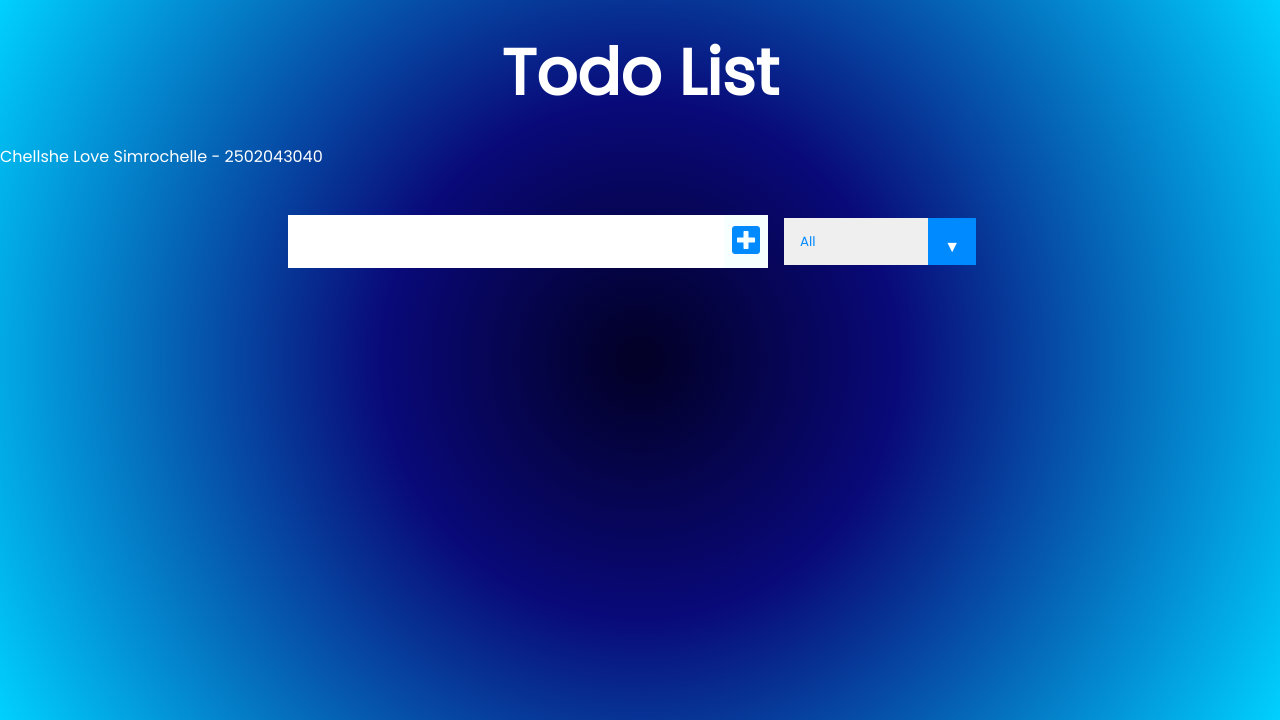
Repository: chellshelove/WADS_Assignment_TodoApp
Page: /
The author's editor kept a copy of each file at every save. The page is drawn from the files as they stood at one save, then again after the next save.
The browser window is 1280 px wide. The pictures show the whole page.
Some web libraries are served in a nearby version. The project was rebuilt for these pictures with package versions that can differ from the ones it lists, and the page was loaded fresh each time. Also part of the build but not shown: src/components/Todo.js.

Above is the page before, as saved 2023-03-09 23:45:32.

### src/App.js
import React, {useState, useEffect} from 'react';
import './App.css';
//importing components
import Form from './components/Form';
import TodoList from './components/TodoList';

function App() {
  const [inputText, setInputText] = useState("");
  const [todos, setTodos] = useState([]);
  const [status, setStatus] = useState("all");
  const [filteredTodos, setFilteredTodos] = useState([]);


  useEffect(() => {
    filterHandler();
    saveLocalTodos();
  }, [todos, status]);

  const filterHandler = () => {
    switch(status){
      case 'completed' :
        setFilteredTodos(todos.filter(todo => todo.completed === true));
        break;
        case 'uncompleted' :
          setFilteredTodos(todos.filter(todo => todo.completed === false));
          break;
          default:
            setFilteredTodos(todos);
            break;
    }
  };

  const saveLocalTodos = () => {
      localStorage.setItem("todos", JSON.stringify("todos"));
  };

  return (
    <div className="todo-app">
      <header>
        <h1>Todo List</h1>
      </header>
      <p>Chellshe Love Simrochelle - 2502043040</p>
      <Form
      inputText={inputText}
      todos={todos}
      setTodos={setTodos}
      setInputText={setInputText}
      setStatus={setStatus}/>
      <TodoList  filteredTodos={filteredTodos} setTodos={setTodos} todos={todos}/>
    </div>
  );
}

export default App;

### src/App.css
* {
  margin: 0;
  padding: 0;
  box-sizing: border-box;
}
body {
  background-image: radial-gradient(circle, rgba(2,0,36,1) 0%, rgba(9,9,121,1) 35%, rgba(0,209,255,1) 100%);
  color: white;
  font-family: "Poppins", sans-serif;
  min-height: 100vh;
}
header {
  font-size: 2rem;
}

header,
form {
  min-height: 20vh;
  display: flex;
  justify-content: center;
  align-items: center;
}
form input,
form button {
  padding: 0.5rem;
  font-size: 2rem;
  border: none;
  background: white;
}
form button {
  color: #008aff;
  background: #f7fffe;
  cursor: pointer;
  transition: all 0.3s ease;
}
form button:hover {
  background: #00ddff;
  color: white;
}
.todo-container {
  display: flex;
  justify-content: center;
  align-items: center;
}

.todo-list {
  min-width: 30%;
  list-style: none;
}

.todo {
  margin: 0.5rem;
  background: white;
  font-size: 1.5rem;
  color: black;
  display: flex;
  justify-content: space-between;
  align-items: center;
  transition: all 1s ease;
}
.filter-todo {
  padding: 1rem;
}
.todo li {
  flex: 1;
}

.trash-btn,
.complete-btn {
  background: #008aff;
  color: black;
  border: none;
  padding: 1rem;
  cursor: pointer;
  font-size: 1rem;
}
.complete-btn {
  background: rgb(11, 212, 162);
}
.todo-item {
  padding: 0rem 0.5rem;
}

.fa-trash,
.fa-check {
  pointer-events: none;
}

.fall {
  transform: translateY(10rem) rotateZ(20deg);
  opacity: 0;
}

.completed {
  text-decoration: line-through;
  opacity: 0.5;
}

/*CUSTOM SELECTOR */
select {
  -webkit-appearance: none;
  -moz-appearance: none;
  -ms-appearance: none;
  appearance: none;
  outline: 0;
  box-shadow: none;
  border: 0 !important;
  background-image: none;
}

/* Custom Select */
.select {
  margin: 1rem;
  position: relative;
  overflow: hidden;
}
select {
  color: #008aff;
  font-family: "Poppins", sans-serif;
  cursor: pointer;
  width: 12rem;
}
/* Arrow */
.select::after {
  content: "\25BC";
  position: absolute;
  top: 0;
  right: 0;
  padding: 1rem;
  background: #008aff;
  cursor: pointer;
  pointer-events: none;
}
/* Transition */
/*
.select:hover::after {
  transform: scale(1.5);
}
*/

### src/components/Form.js
import React from 'react'

const Form = ({setInputText, todos, setTodos, inputText, setStatus}) => {
    const inputTextHandler = (e) => {
        setInputText(e.target.value);
    };
    const submitTodoHandler = (e) => {
        e.preventDefault();
        setTodos ([
            ...todos,
            {text: inputText, completed: false, id: Math.random() * 10000},
        ]);
        setInputText("");
    };
    const statusHandler = (e) => {
      setStatus(e.target.value);
    }
    return(
        <form>
      <input
      value = {inputText}
      onChange={inputTextHandler} type="text" className="todo-input" />
      <button onClick={submitTodoHandler} className="todo-button" type="submit">
        <i className="fas fa-plus-square"></i>
      </button>
      <div className="select">
        <select onChange={statusHandler} name="todos" className="filter-todo">
          <option value="all">All</option>
          <option value="completed">Completed</option>
          <option value="uncompleted">Uncompleted</option>
        </select>
      </div>
    </form>
    );
}

export default Form;

### src/components/TodoList.js
import React from 'react';
import Todo from './Todo';

const TodoList = ({ todos, setTodos, filteredTodos}) => {
    return(
        <div className="todo-container">
             <ul className="todo-list">
                 {filteredTodos.map((todo) => (
                 <Todo
                 setTodos={setTodos}
                 todos={todos}
                 key={todo.id}
                 todo={todo}
                 text={todo.text}/>
                 ))}
            </ul>
        </div>
    );
};

export default TodoList;

Loaded but not shown: public/index.html (common file); src/index.js (common file)

After the next save:
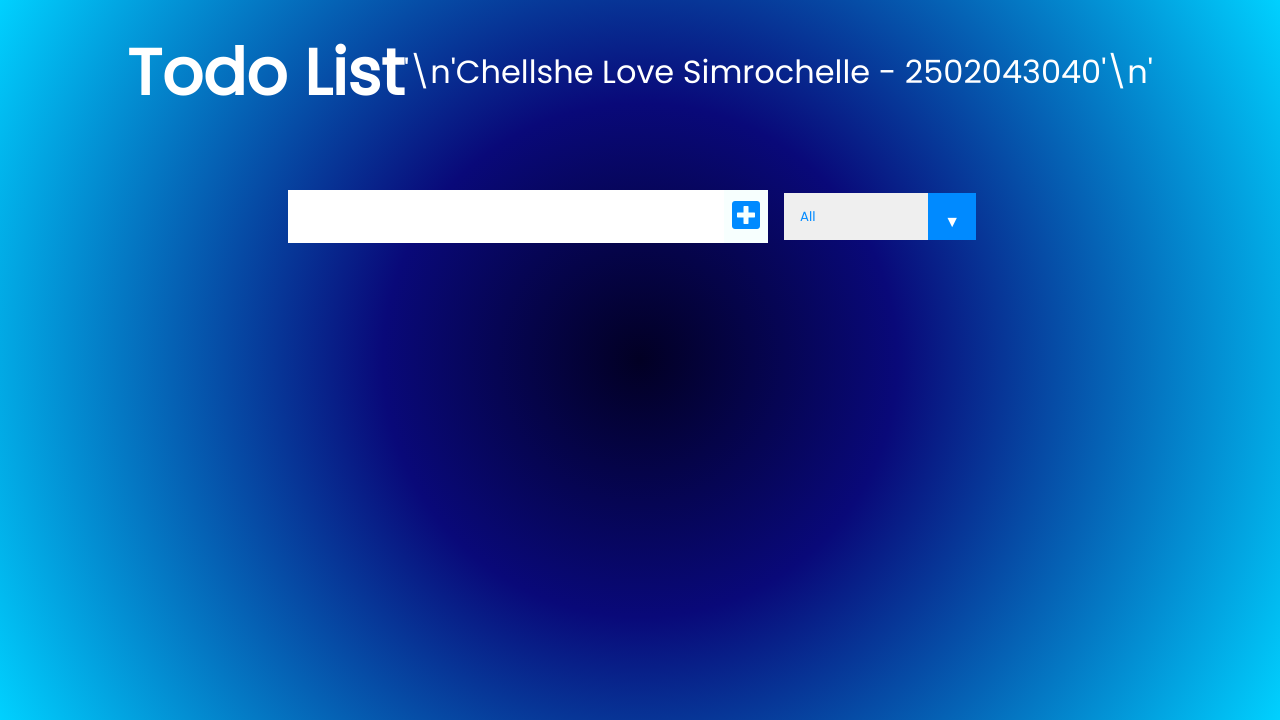
Saved 2 min 46 s later.
--- a/src/App.js
+++ b/src/App.js
@@ -38,8 +38,11 @@ function App() {
     <div className="todo-app">
       <header>
         <h1>Todo List</h1>
+        '\n'
+        <p>Chellshe Love Simrochelle - 2502043040</p>
+        '\n'
       </header>
-      <p>Chellshe Love Simrochelle - 2502043040</p>
+
       <Form
       inputText={inputText}
       todos={todos}
